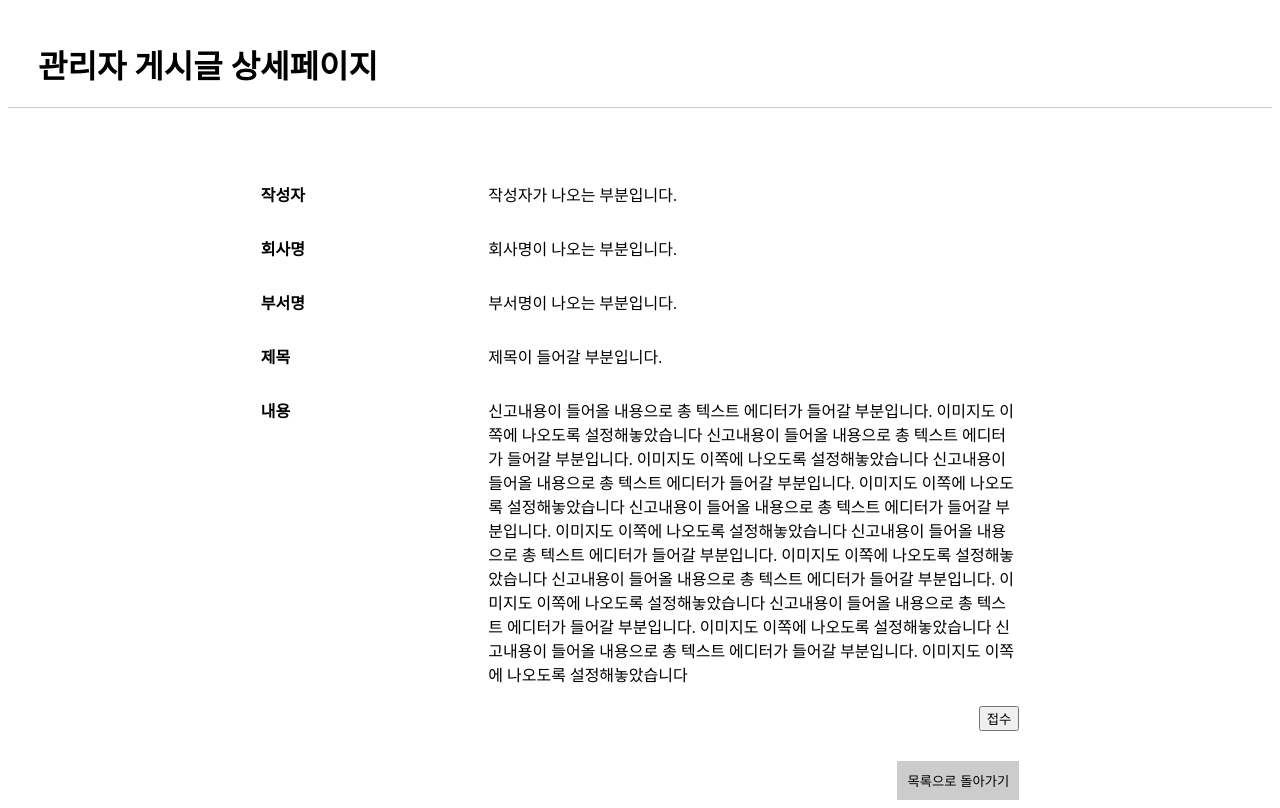
Repository: thdtjdgml415/exVoc
Page: /AdminView/1
The author's editor kept a copy of each file at every save. The page is drawn from the files as they stood at one save, then again after the next save.
The browser window is 1280 px wide. The pictures show the whole page.
The project was rebuilt for these pictures with package versions that can differ from the ones it lists, and the page was loaded fresh each time. Also part of the build but not shown: src/components/table/CommonTable.css, src/components/table/CommonTable.js, src/components/table/CommonTableColumn.js, src/components/table/CommonTableRow.js, src/components/table/CommonTableWriteBtn.js, src/Page/PostList.js, src/Page/PostMain.js, src/Page/PostView.js and 4 more.

Above is the page before, as saved 2023-01-13 16:01:25.

### public/index.html
<!DOCTYPE html>
<html lang="en">
<head>
  <meta charset="UTF-8">
  <meta http-equiv="X-UA-Compatible" content="IE=edge">
  <meta name="viewport" content="width=device-width, initial-scale=1.0">
  <title>게시판</title>
</head>
<body>
  <div id="root"></div>
</body>
</html>

### src/App.js
import { BrowserRouter, Routes,  Route } from 'react-router-dom';
import PostMain from './Page/PostMain';
import PostView from './Page/PostView';
import Registration from './Page/Registration';
import AdminList from './Page/AdminList';
import AdminView from './Page/AdminView';

function App() {
  return (
    <div className='App'>
      <BrowserRouter>
        <Routes>
          <Route path='/' element={<Registration/>}/>
          <Route path='/postView/:no' element={<PostView/>}/>
          <Route path='/PostMain' element= {<PostMain/>}/>
          <Route path='/Page/AdminList' element= {<AdminList/>}/>
          <Route path='/AdminView/:no' element= {<AdminView/>}/>
        </Routes>
      </BrowserRouter>
    </div>
  )
}

export default App;

### src/Page/AdminView.js
import React, { useEffect, useState } from 'react';
import { useNavigate, useParams } from 'react-router';
import { getPostByNo } from '../Data';
import './Post.css'
import '../components/modal/common.css'
import AcceptModal from '../components/modal/AcceptModal'


const AdminView = ({ }) => {
  const [ data, setData ] = useState({});
  const navigator = useNavigate();
  const { no } = useParams();

  const [adminViewModal, setAdminViewModal] = useState(false);

  const openModal = () => {
    setAdminViewModal(true);
  };
  const closeModal = () => {
    setAdminViewModal(false);
  };

    useEffect(() => {
      setData(getPostByNo(no));
    }, [ ]);

  return (
    <>
      <h1>관리자 게시글 상세페이지</h1>
      <div className="post-view-wrapper">
          <>
            <div className="post-view-row">
              <label>작성자</label>
              <label>작성자가 나오는 부분입니다.</label>
            </div>
            <div className="post-view-row">
              <label>회사명</label>
              <label>회사명이 나오는 부분입니다.</label>
            </div>
            <div className="post-view-row">
              <label>부서명</label>
              <label>부서명이 나오는 부분입니다.</label>
            </div>
            <div className="post-view-row">
              <label>제목</label>
              <label>제목이 들어갈 부분입니다.</label>
            </div>
            <div className="post-view-row">
              <label>내용</label>
              <label>
                신고내용이 들어올 내용으로 총 텍스트 에디터가 들어갈 부분입니다. 이미지도 이쪽에 나오도록 설정해놓았습니다
                신고내용이 들어올 내용으로 총 텍스트 에디터가 들어갈 부분입니다. 이미지도 이쪽에 나오도록 설정해놓았습니다
                신고내용이 들어올 내용으로 총 텍스트 에디터가 들어갈 부분입니다. 이미지도 이쪽에 나오도록 설정해놓았습니다
                신고내용이 들어올 내용으로 총 텍스트 에디터가 들어갈 부분입니다. 이미지도 이쪽에 나오도록 설정해놓았습니다
                신고내용이 들어올 내용으로 총 텍스트 에디터가 들어갈 부분입니다. 이미지도 이쪽에 나오도록 설정해놓았습니다
                신고내용이 들어올 내용으로 총 텍스트 에디터가 들어갈 부분입니다. 이미지도 이쪽에 나오도록 설정해놓았습니다
                신고내용이 들어올 내용으로 총 텍스트 에디터가 들어갈 부분입니다. 이미지도 이쪽에 나오도록 설정해놓았습니다
                신고내용이 들어올 내용으로 총 텍스트 에디터가 들어갈 부분입니다. 이미지도 이쪽에 나오도록 설정해놓았습니다
              </label>
            </div>
          </>
          <React.Fragment>
              <div className="btn">
                <button className="registBtn__admin" onClick={openModal}>
                  접수
                </button>
                <AcceptModal open={adminViewModal} close={closeModal}>
                  접수하시겠습니까?
                </AcceptModal>
              </div>
          </React.Fragment>
        <div className='post-view-btn-wrap'>
          <button className="post-view-go-list-btn" onClick={() => navigator(-1)}>목록으로 돌아가기</button>
        </div>
      </div>
    </>
  )
}

export default AdminView;

### src/Data.js
const postList = [
    {
        "no": 1,
        "title": "첫번째 게시글입니다.",
        "content": "첫번째 게시글 내용입니다.",
        "createDate": "2023-01-12"
      },
      {
        "no": 2,
        "title": "두번째 게시글입니다.",
        "content": "두번째 게시글 내용입니다.",
        "createDate": "2023-01-12"
      },
      {
        "no": 3,
        "title": "세번째 게시글입니다.",
        "content": "세번째 게시글 내용입니다.",
        "createDate": "2023-01-12"
      },
      {
        "no": 4,
        "title": "네번째 게시글입니다.",
        "content": "네번째 게시글 내용입니다.",
        "createDate": "2023-01-12"
      },
      {
        "no": 5,
        "title": "다섯번째 게시글입니다.",
        "content": "다섯번째 게시글 내용입니다.",
        "createDate": "2023-01-12"
      },
]

const getPostByNo = no => {

    const array = postList.filter(x=>x.no===no);
    if(array.length == 1) {
        return array[1];
    }
    return null;
}

export {
    postList,
    getPostByNo
};

### src/Page/Post.css
.PostList-Wrap {
  padding-top: 10vw;

}

.post-view-wrapper {
    width: 60%;
    margin: 0 auto;
    margin-top: 5%;
  }
  .post-view-btn-wrap {
    display: flex;
    justify-content: flex-end;
  }
  .post-view-go-list-btn {
    border: 0;
    padding: 10px;
    background-color: #ccc;
  }

  .post-view-row {
    margin: 10px 0;
    display: flex;
  }

  .post-view-row > label:first-child {
    margin: 10px 0;
    width: 30%;
    font-weight: bold;
  }

  .post-view-row > *:nth-child(2) {
    margin: 10px 0;
    width: 70%;
  }

  .registBtn__admin {

  }

### src/components/modal/common.css
#container {
  display: flex;
  flex: 1;
  justify-content: center;
}

html {
  background-color: white;
}

h3 {
  padding: 0;
  -webkit-text-size-adjust: none;
}

h1 {
  padding: 20px 30px;

  border-bottom: 1px solid #ccc;

}

### src/Page/registration.css
.titleCon {
  margin-right: 25px;
}

.titleCon2 {
  margin-right: 10px;
}

.titleCon3 {
  margin-right: 42px;
}

.ck.ck-editor__editable:not(.ck-editor__nested-editable) {
  min-height: 400px;
  margin-bottom: 20px;
}

.btn {
  display: flex;
  justify-content: flex-end;
  margin-bottom: 30px;
}

.registBtn {
  margin-right: 10px;
}

.checkBtn {
  margin-left: 50px;
  margin-top: 30px;

}

.modalInput {
  margin-left: 20px;
}

.modalInput2 {
    margin-left: 6px;
  }

  .Post-write-wrap {
    display: flex;


  }
  .container__wrap {
    border: 1px solid #ccc;
    margin-left: 23%;
    padding: 10px 40px;
  }

### src/components/modal/AcceptModal.js
import React from "react";
import "../modal/modal.css";

const AcceptModal = (props) => {
  const { open, close } = props;

  return (
    <div className={open ? "openModal modal" : "modal"}>
      {open ? (
        <section>
          <main>{props.children}</main>
          <footer>
            <button className="ok">
             <a href="../../Page/AdminList" style={{color: 'white', textDecoration: 'none'}}>확인</a>
            </button>
            <button className="close" onClick={close}>
              취소
            </button>
          </footer>
        </section>
      ) : null}
    </div>
  );
};

export default AcceptModal;

### src/components/modal/modal.css
.modal {
  display: none;
  position: fixed;
  top: 0;
  right: 0;
  bottom: 0;
  left: 0;
  z-index: 99;
  background-color: rgba(0, 0, 0, 0.6);
}
.modal button {
  outline: none;
  cursor: pointer;
  border: 0;
}
.modal > section {
  width: 90%;
  max-width: 450px;
  margin: 0 auto;
  border-radius: 0.3rem;
  background-color: #fff;
  animation: modal-show 0.3s;
  overflow: hidden;
}

.modal > section > main {
  padding: 22px;
}
.modal > section > footer {
  padding: 18px 17px;
  text-align: right;
}
.modal > section > footer .close {
  padding: 6px 12px;
  color: #fff;
  background-color: #6c757d;
  border-radius: 5px;
  font-size: 13px;
}

.modal > section > footer .ok {
    padding: 6px 12px;
    color: #fff;
    background-color: #6c757d;
    border-radius: 5px;
    font-size: 13px;
    margin-right: 5px;
  }
.modal.openModal {
  display: flex;
  align-items: center;
  animation: modal-bg-show 0.3s;
}

Loaded but not shown: src/index.js (common file)

After the next save:
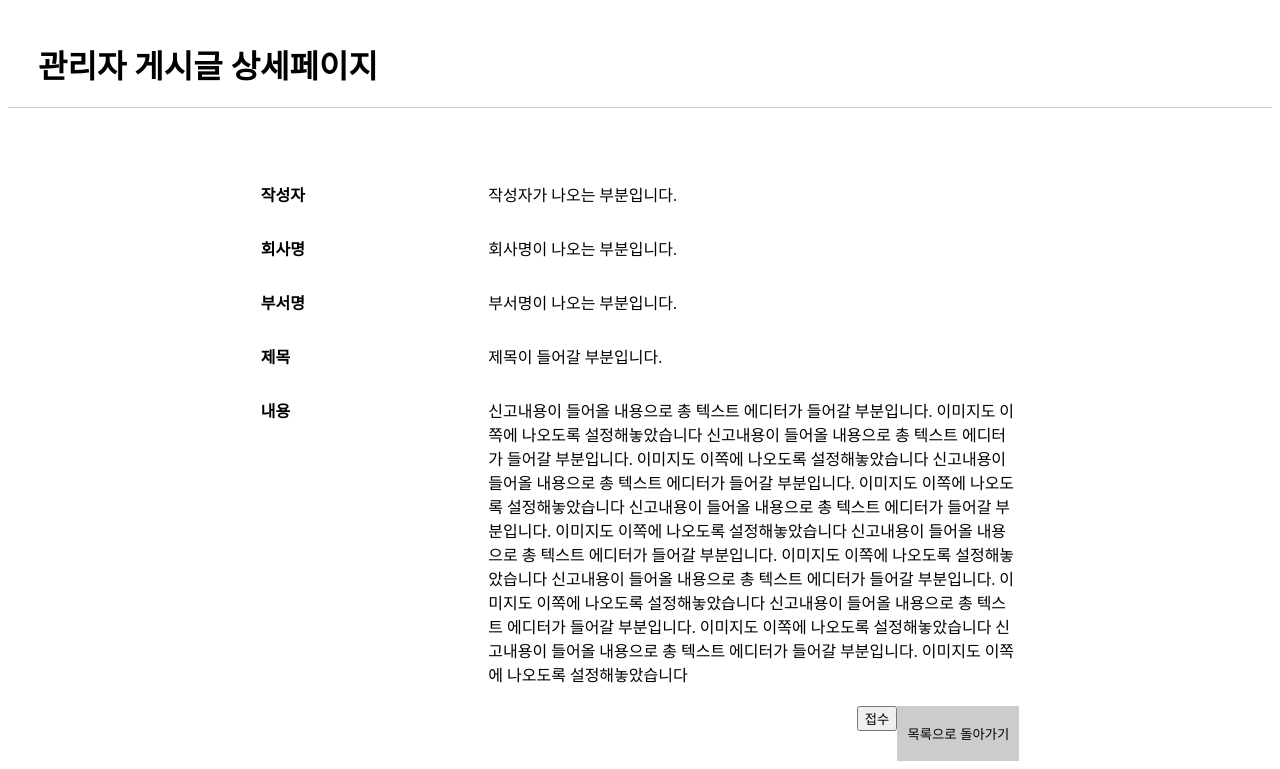
Saved 76 s later.
--- a/src/Page/AdminView.js
+++ b/src/Page/AdminView.js
@@ -59,6 +59,7 @@ const AdminView = ({ }) => {
               </label>
             </div>
           </>
+        <div className='post-view-btn-wrap'>
           <React.Fragment>
               <div className="btn">
                 <button className="registBtn__admin" onClick={openModal}>
@@ -69,7 +70,6 @@ const AdminView = ({ }) => {
                 </AcceptModal>
               </div>
           </React.Fragment>
-        <div className='post-view-btn-wrap'>
           <button className="post-view-go-list-btn" onClick={() => navigator(-1)}>목록으로 돌아가기</button>
         </div>
       </div>
